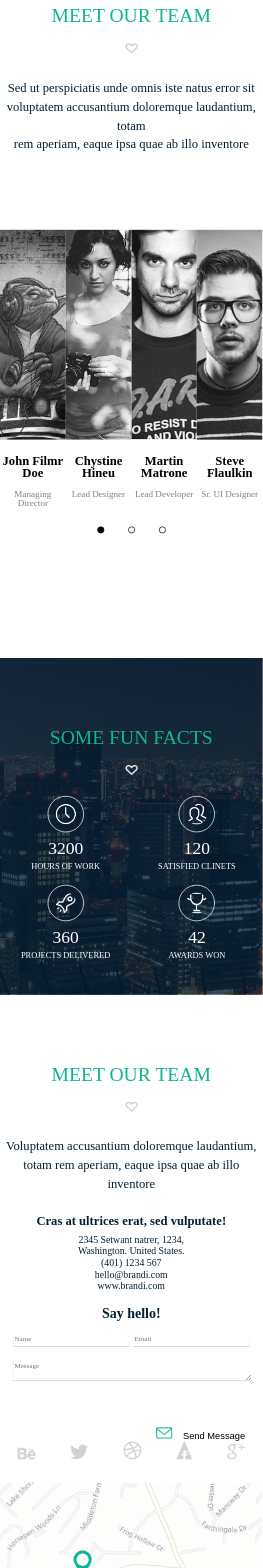
Repository: iravakilova/Brandi
Page: app/html/index.html
The author's editor kept a copy of each file at every save. The page is drawn from the files as they stood at one save, then again after the next save.
The browser window is 375 px wide. The pictures show the part of the page from y = 2260 to 4500 px (the page is 5090 px tall before and 4857 px after), at 70% of full size.
The style sheet was rebuilt from its Sass, Less or Tailwind sources for each picture, by a compiler version that may differ from the author's.

Above is the page before, as saved 2020-03-12 19:32:10.

After the next save:
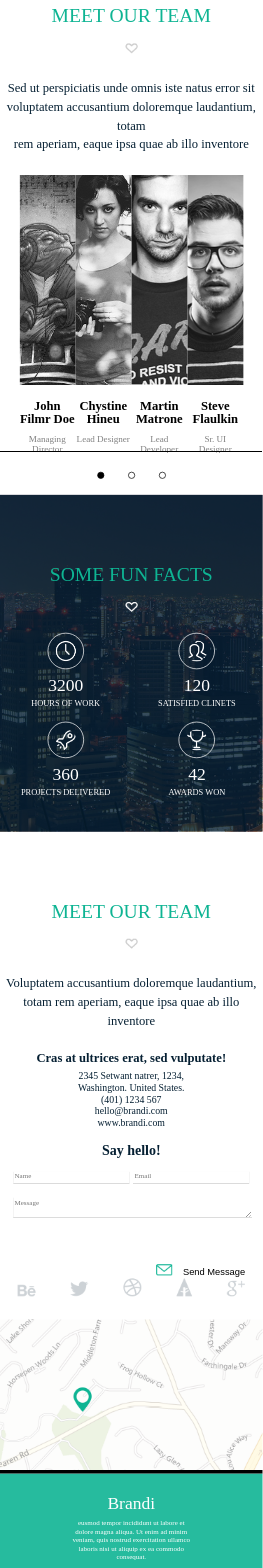
Saved 10 s later.
--- a/app/scss/_team.scss
+++ b/app/scss/_team.scss
@@ -162,10 +162,8 @@
       min-width: 320px;
 
       .crew {
-        width: 100%;
-        max-width: 1080px;
-        margin: 108px auto 215px;
-        position: relative;
+        max-width: 320px;
+        margin: 30px auto 60px;
 
         input {
           display: none;
